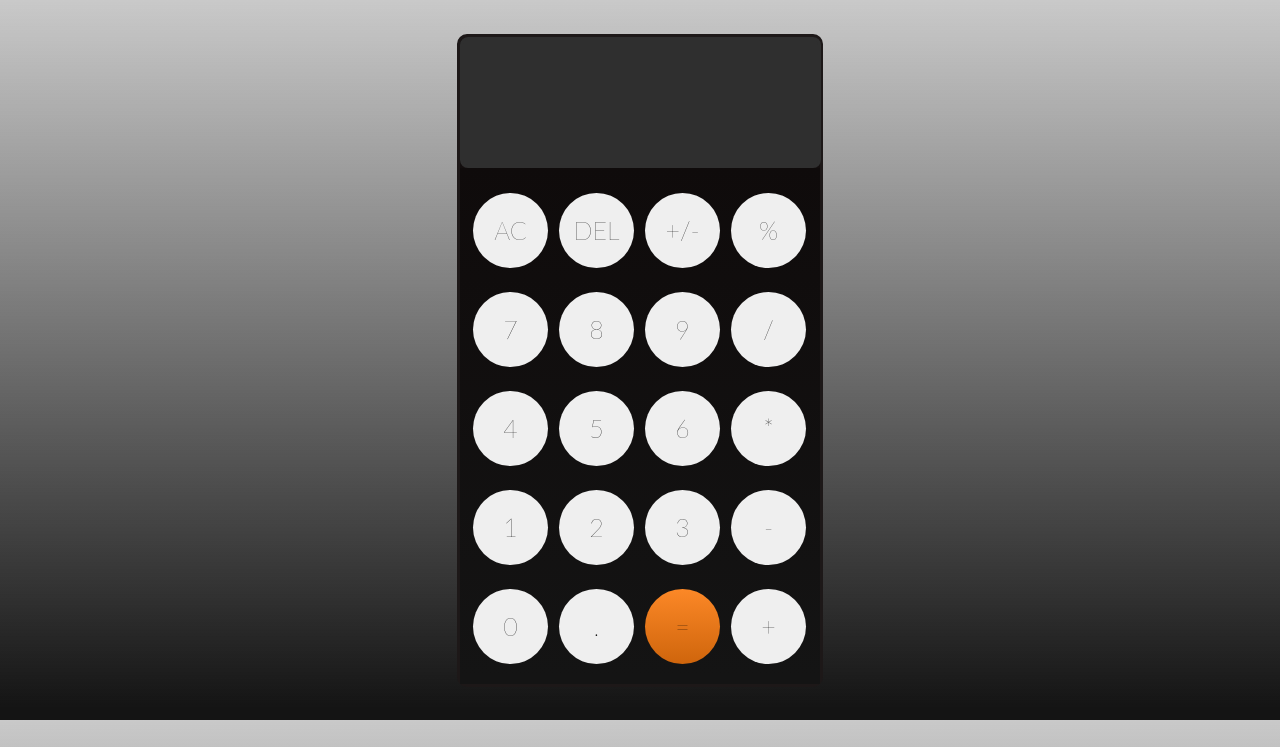
Repository: MhlengiNgubane/BrainnestJsTwo
Page: index.html
The author's editor kept a copy of each file at every save. The page is drawn from the files as they stood at one save, then again after the next save.
The browser window is 1280 px wide. The pictures show the whole page.

Above is the page before, as saved 2022-09-12 09:33:19.

After the next save:
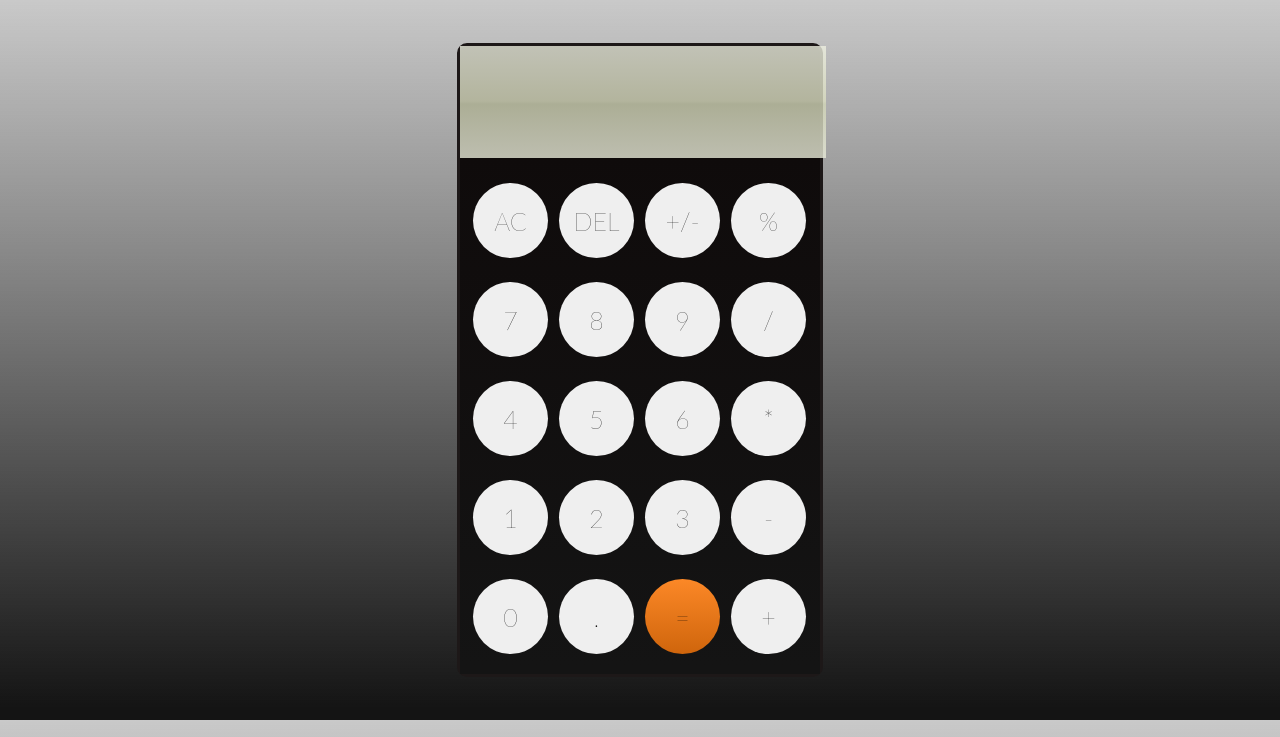
Saved 46 s later.
--- a/style.css
+++ b/style.css
@@ -33,15 +33,20 @@ body{
 }
 
 .input{
-    position: relative;
-    width: 355px;
-    height: 125px;
-    border: 3px solid #2f2f2f;
-    text-align: right;
-    border-radius: 8px;
-    background-color: #2f2f2f;
-    color: #fff;
-    font-size: 60px;
+    background: linear-gradient(360deg, #E8EAD8 0%, #D2D6B7 48.12%, #DBDEC1 50.76%, #EDEFE0 100%);
+    width: 94%;
+    min-height: 65px;
+    padding: 0 14px;
+    text-align:  end;
+    font-size: 48px;
+    line-height: 112px;
+    display: flex;
+    align-items: center;
+    justify-content: end;
+    color: #000000;
+    opacity: 0.8;
+    outline: none;
+    border: none;
 }
 
 .buttons{
